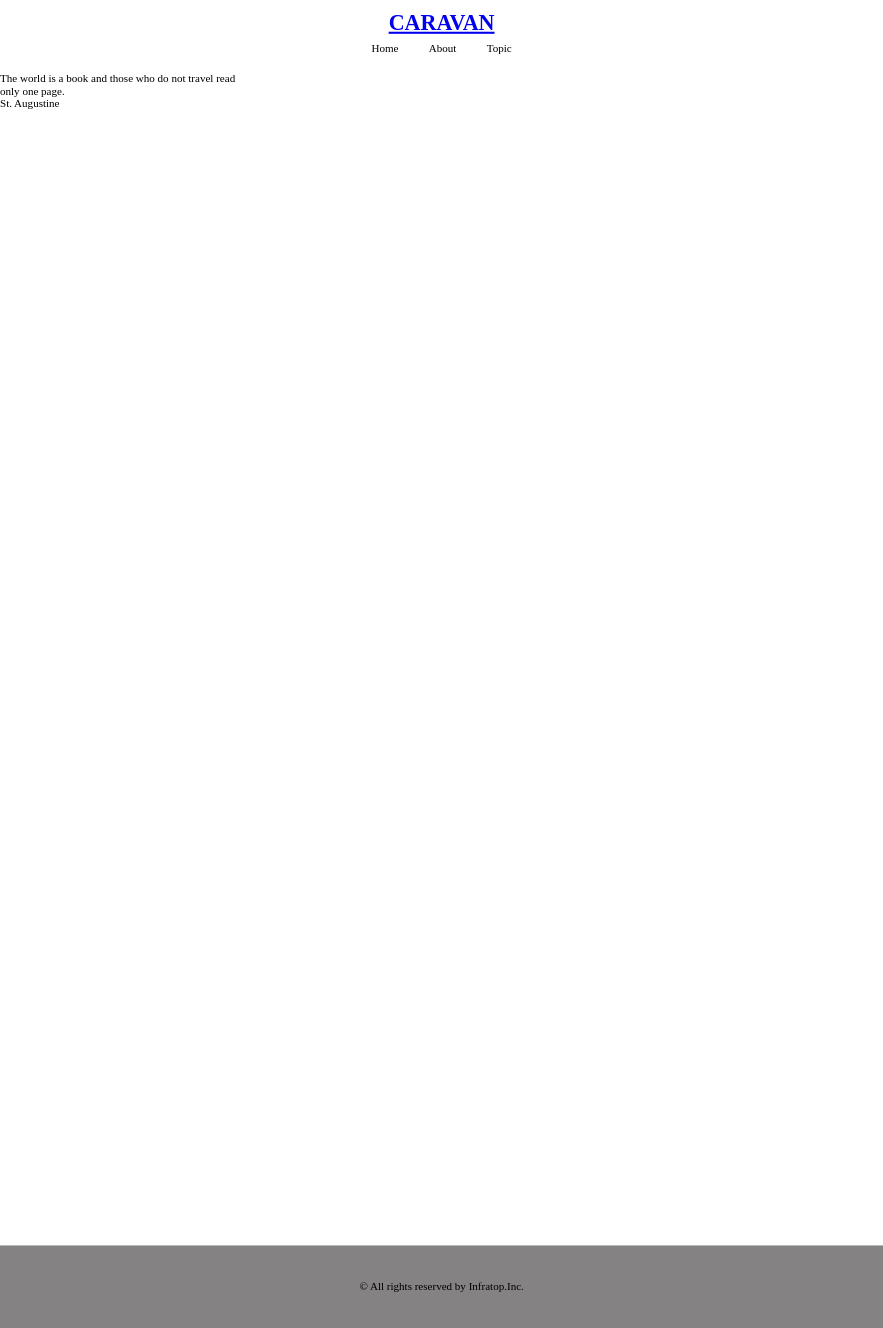
Repository: sutanuki/webcamp
Page: html,css/caravan/index.html
The author's editor kept a record of every edit. The page is drawn from the files as they stood at one moment, then again after the next edit.
The browser window is 1280 px wide. The pictures show the whole page, at 69% of full size.

Above is the page before.

### html,css/caravan/index.html
<!DOCTYPE html>
<html lang="ja">
  <head>
    <meta charset="UTF-8" />
    <link rel="stylesheet" href="style.css" />
    <title>CARAVAN</title>
  </head>
  <body>
    <header>
      <h1>
        <a href="index.html">CARAVAN</a>
      </h1>
      <nav>
        <ul>
          <li>Home</li>
          <li>About</li>
          <li>Topic</li>
        </ul>
      </nav>
    </header>
    <div class="main-visual">
      <div class="main-visual-content">
        <p class="main-visual-text">
          The world is a book and those who do not travel read only one page.
        </p>
        <p class="main-visual-name">
          St. Augustine
        </p>
      </div>
    </div>
    <div class="main">
      <div class="blog"></div>
      <div class="sidebar"></div>
    </div>
    <footer><p>&copy All rights reserved by Infratop.Inc.</p></footer>
  </body>
</html>

### html,css/caravan/style.css
* {
  margin: 0;
  padding: 0;
  box-sizing: border-box;
}
header {
  width: 90%;
  margin: 0 auto;
  padding: 15px 0;
  text-align: center;
}
header h1{
  font-size: 32px;
}
nav ul{
  text-align: center;
  padding: 10px 0;
  margin: 0 auto;
}
nav ul li{
  list-style: none;
  display: inline-block;
  margin: 0 20px;
}
.main-visual {
  width: 100%;
  height: 300px;
}
.main-visual-content {
  width: 350px;
  height: 300px;
}
.main {
  width: 840px;
  display: flex;
  justify-content: center;
  margin: 0 auto;
}
.blog {
  width: 600px;
  height: 1400px;
}
.sidebar {
  width: 240px;
  height: 1400px;
}
footer {
  width: 100%;
  height: 120px;
  text-align: center;
  line-height: 120px;
  background-color: #848282;
}

After the next edit:
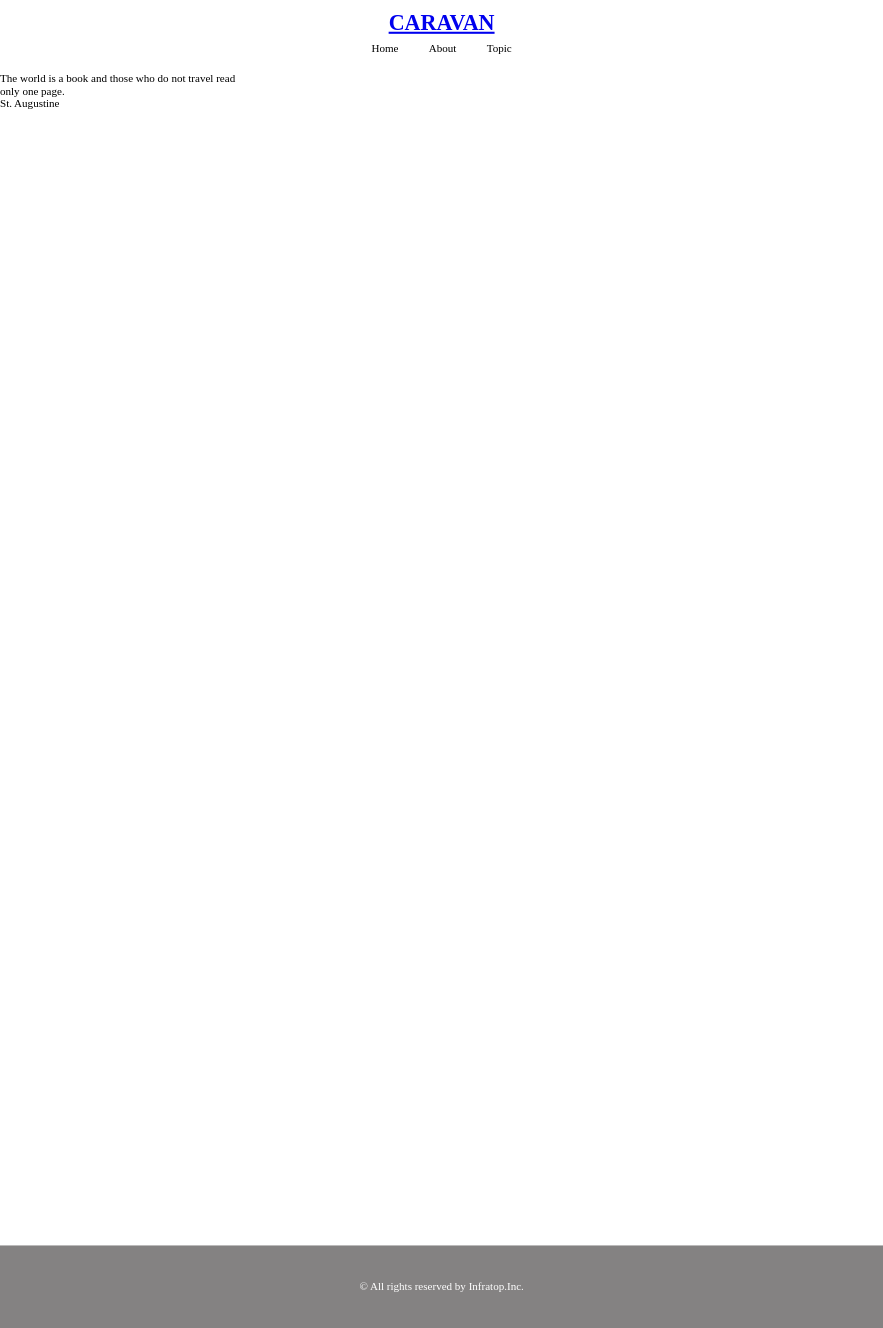
The edit:
--- a/html,css/caravan/style.css
+++ b/html,css/caravan/style.css
@@ -51,3 +51,6 @@
   line-height: 120px;
   background-color: #848282;
 }
+footer p{
+  color: #fff
+}
